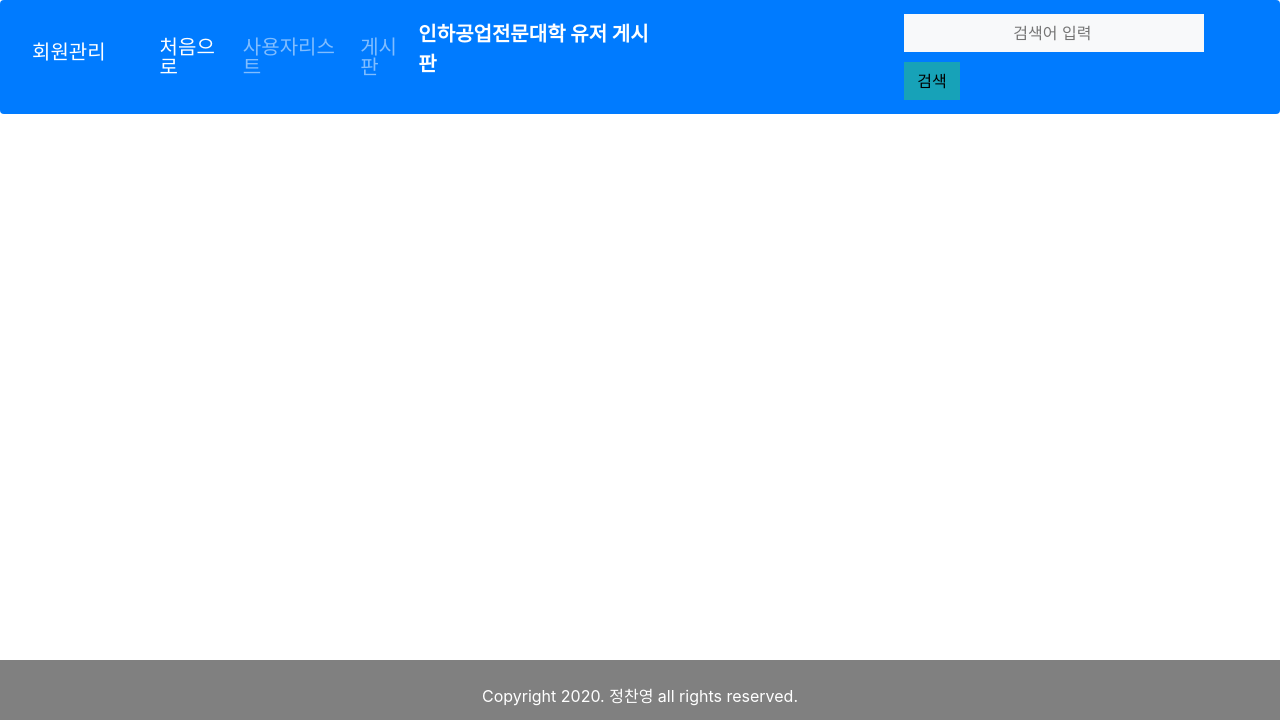
Repository: 201645032/IoTServerFrameWork
Page: http://localhost/layout/default
These files come from the project's save history. The page is drawn as it stood at one moment and after a run of saves; the edit follows.
The browser window is 1280 px wide. The pictures show the whole page.
Some web fonts or font styles are not loaded; a fallback is used. The page is this project's Thymeleaf template; nobody is signed in. The template is opened directly, without the code that normally fills it, so the values that code supplies are empty.

Above is the page before, as saved 2020-06-11 06:02:42.

### MyProject/src/main/resources/templates/layout/default.html
<html lagn="ko" xmlns:th="http://www.thymeleaf.org" xmlns:layout="http://www.ultraq.net.nz/thymeleaf/layout">
<style>
footer {
position: absolute;
bottom: 0;
left: 0;
right: 0;
text-align:center;
padding:-50px;
}

#navbarSupportedContent{
	font-size:20px;
	color:white;
}

#nav-main{
font-style:bold;
}

#title_main{

margin-right: 250px;
font-weight: bold;
}
</style>

<head th:replace="fragments/config :: configFragment"></head>

<header th:replace="fragments/menu :: menuFragment"></header>

<div layout:fragment="content"></div>

<footer th:replace="fragments/footer :: footerFragment"></footer>
</html>

### MyProject/src/main/resources/templates/fragments/config.html
<html xmlns:th="http://www.thymeleaf.org"
      xmlns:layout="http://www.ultraq.net.nz/thymeleaf/layout">

<head th:fragment="configFragment">
    <meta charset="UTF-8" />
    <!-- 공통으로 쓰이는 css파일을넣는다.-->
    <link rel="stylesheet"
          href="https://maxcdn.bootstrapcdn.com/bootstrap/3.3.6/css/bootstrap.min.css" />
    <!-- 컨텐츠페이지의 CSS 영역이 들어감 -->
    <th:block layout:fragment="css"></th:block>
	<link rel = "stylesheet" th:href="@{/style.css}"></link>
    <!-- 공통으로 쓰이는 css파일을넣는다.-->
<link rel="stylesheet" href="https://stackpath.bootstrapcdn.com/bootstrap/4.5.0/css/bootstrap.min.css" integrity="sha384-9aIt2nRpC12Uk9gS9baDl411NQApFmC26EwAOH8WgZl5MYYxFfc+NcPb1dKGj7Sk" crossorigin="anonymous">

	<!--  공통으로 쓰이는 js파일이 들어간다. -->
	<script src="https://code.jquery.com/jquery-3.5.1.slim.min.js" integrity="sha384-DfXdz2htPH0lsSSs5nCTpuj/zy4C+OGpamoFVy38MVBnE+IbbVYUew+OrCXaRkfj" crossorigin="anonymous"></script>
	<script src="https://cdn.jsdelivr.net/npm/popper.js@1.16.0/dist/umd/popper.min.js" integrity="sha384-Q6E9RHvbIyZFJoft+2mJbHaEWldlvI9IOYy5n3zV9zzTtmI3UksdQRVvoxMfooAo" crossorigin="anonymous"></script>
	<script src="https://stackpath.bootstrapcdn.com/bootstrap/4.5.0/js/bootstrap.min.js" integrity="sha384-OgVRvuATP1z7JjHLkuOU7Xw704+h835Lr+6QL9UvYjZE3Ipu6Tp75j7Bh/kR0JKI" crossorigin="anonymous"></script>
    <!-- 컨텐츠페이지의 스크립트 영역이 들어감 -->
    <th:block layout:fragment="script"></th:block>
</head>

</html>

### MyProject/src/main/resources/templates/fragments/menu.html
<html xmlns:th="http://www.thymeleaf.org">
<style>
</style>
<header th:fragment="menuFragment">

	<nav class="navbar navbar-expand-lg navbar-dark bg-primary" id = "nav-main">
		<a class="navbar-brand" href="/">회원관리</a>
		<button class="navbar-toggler" type="button" data-toggle="collapse"
			data-target="#navbarSupportedContent"
			aria-controls="navbarSupportedContent" aria-expanded="false"
			aria-label="Toggle navigation">
			<span class="navbar-toggler-icon"></span>
		</button>

		<div class="collapse navbar-collapse" id="navbarSupportedContent">
			<ul class="navbar-nav mr-auto">
				<li class="nav-item active"><a class="nav-link" href="/">처음으로
						<span class="sr-only">(current)</span>
				</a></li>
				<li class="nav-item"><a class="nav-link" href="/user/userList">사용자리스트</a></li>
				<li class="nav-item"><a class="nav-link" href="/board/boardList.do">게시판</a></li>
			</ul>
			<p id = "title_main">인하공업전문대학 유저 게시판</p>
			<form class="form-inline my-2 my-lg-0">
				<input class="btn btn-light" type="Search"
					placeholder="검색어 입력" aria-label="검색어 입력" style="width:300px">
				<button class="btn btn-info" type="submit">검색</button>
			</form>
		</div>
	</nav>

</header>

</html>

### MyProject/src/main/resources/templates/fragments/footer.html
<html xmlns:th="http://www.thymeleaf.org">


<footer th:fragment="footerFragment">

    <div class = "my_footer">
    	<br/>
        <p>Copyright 2020. 정찬영 all rights reserved.</p>
    </div>

</footer>

</html>

### MyProject/src/main/resources/static/style.css
@CHARSET "UTF-8";

@import url(http://fonts.googleapis.com/earlyaccess/nanumgothic.css);
@import url(http://cdn.jsdelivr.net/font-nanum/1.0/nanumbarungothic/nanumbarungothic.css);

html{overflow:scorll;}
html, body, div, h1, h2, a, form, table, caption, thead, tbody, tr, th, td, submit {
	margin:0; outline:0; border:0; padding:0; font-size:100%; vertical-align:baseline; background:transparent;
}
body {
	font-size:0.875em; line-height:1.5; color:#666; -webkit-text-size-adjust:none; min-width:320px;
	font-family:'NanumGothic','나눔고딕',dotum, "Helvetica Neue", Helvetica, Verdana, Arial, Sans-Serief;
}
h1, h2, h3 {font-size: 1.5em;}
p{margin:0; padding:0;}
ul{margin:0;}
a:link, a:visited {text-decoration:none; color: #656565;}
input{vertical-align:middle;}
input:focus {outline:0;}
caption {display:none; width:0; height:0; margin-top:-1px; overflow:hidden; visibility:hidden; font-size:0; line-height:0;}

/*.container {max-width:1200px; margin:30px auto;} */
.board_list {width:100%; border-top:2px solid #252525; border-bottom:1px solid #ccc; margin:15px 0; border-collapse: collapse;}
.board_list thead th:first-child {background-image:none;}
.board_list thead th {border-bottom:1px solid #ccc; padding:13px 0; color:#3b3a3a; text-align: center; vertical-align:middle;}
.board_list tbody td {border-top:1px solid #ccc; padding:13px 0; text-align:center; vertical-align:middle;}
.board_list tbody tr:first-child td {border:none;}
.board_list tbody tr:hover{background:#ffff99;}
.board_list tbody td.title {text-align:left; padding-left:20px;}
.board_list tbody td a {display:inline-block}

.board_detail {width:100%; border-top:2px solid #252525; border-bottom:1px solid #ccc; border-collapse:collapse;}
.board_detail tbody input {width:100%;}
.board_detail tbody th {text-align:left; background:#f7f7f7; color:#3b3a3a; vertical-align:middle; text-align: center;}
.board_detail tbody th, .board_detail tbody td {padding:10px 15px; border-bottom:1px solid #ccc;}
.board_detail tbody textarea {width:100%; min-height:170px}


.btn {margin:5px; padding:5px 11px; color:#000000 !important; display:inline-block; background-color:#2EFE9A; vertical-align:middle; border-radius:0 !important; cursor:pointer; border:none;}
.btn:hover {background: #2EFE9A;}


.file_list a {display:inherit !important;}


footer{ position:fixed;
  left:0px;
  bottom:0px;
  height:60px;
  width:100%;
  background:grey;
  color: white; }


 .jumbotron {
	 background-image: url('../img/matrix.jpg');
 	background-size: cover;
 	text-shadow: black 0.2em 0.2em 0.2em;
 	color: white;
 	background: contain;
 	width: 100%;
 	height: 200px;
 	max-width:1400px;
 }

After the next 2 saves:
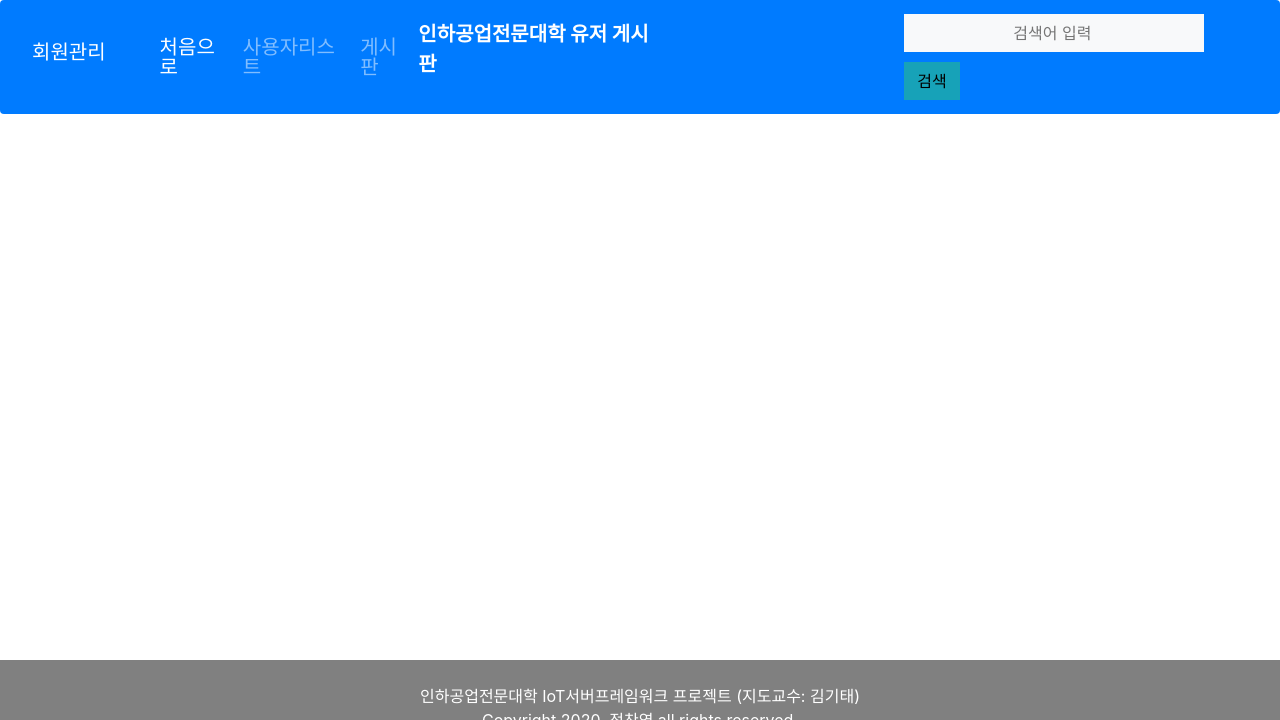
The 2 saves are shown as one change because they came seconds apart.
The last was saved 25 s later.
--- a/MyProject/src/main/resources/templates/fragments/footer.html
+++ b/MyProject/src/main/resources/templates/fragments/footer.html
@@ -4,7 +4,7 @@
 <footer th:fragment="footerFragment">
 
     <div class = "my_footer">
-    	<br/>
+    	<br/>인하공업전문대학 IoT서버프레임워크 프로젝트 (지도교수: 김기태)
         <p>Copyright 2020. 정찬영 all rights reserved.</p>
     </div>
 
